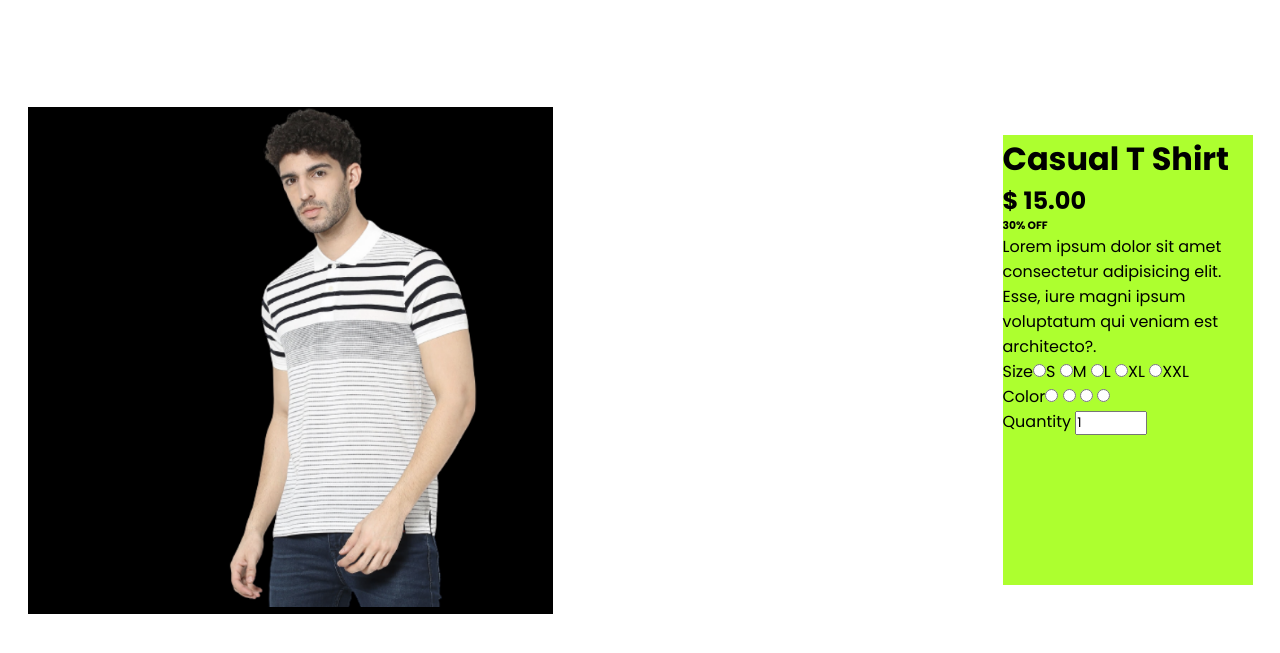
Repository: Ankitkr2021/Product-Page
Page: index.html
These files come from the project's save history. The page is drawn as it stood at one moment and after the next save; the edit follows.
The browser window is 1280 px wide. The pictures show the whole page.

Above is the page before, as saved 2025-10-24 10:25:44.

### index.html
<!DOCTYPE html>
<html lang="en">
<head>
    <meta charset="UTF-8">
    <meta name="viewport" content="width=device-width, initial-scale=1.0">
    <title>Product Page Design</title>
    <link rel="stylesheet" href="./style.css">
</head>
<body>
    <div class="main">
    <div class="left">
    <div class="image1"><img src="./images/image1.png" alt=""></div>
    <div class="image2"></div>
    <div class="image3"></div>
    </div>
    <div class="right">
        <h1>Casual T Shirt</h1>
        <h2>$ 15.00</h2>
        <h6>30% OFF</h6>
        <p>Lorem ipsum dolor sit amet consectetur adipisicing elit. Esse, iure magni ipsum voluptatum qui veniam est architecto?.</p>
       <label>Size<input type="radio" name="size" value="s">S</label>
        <label><input type="radio" name="size" value="m">M</label>
        <label><input type="radio" name="size" value="l">L</label>
        <label><input type="radio" name="size" value="xl">XL</label>
        <label><input type="radio" name="size" value="xxl">XXL</label>

        <div class="color">
        <label>Color<input type="radio" name="color" value="red"></label>
        <label><input type="radio" name="color" value="green"></label>
        <label><input type="radio" name="color" value="blue"></label>
        <label><input type="radio" name="color" value="pink"></label>
        </div>

        <div class="quantity">
            <label>Quantity</label>
             <input type="number" id="qty" name="qty" min="1" max="10" value="1">
        </div>
    </div>
    </div>
</body>
</html>

### style.css
@import url("https://fonts.googleapis.com/css2?family=Poppins:wght@400;700&display=swap");

*{
    margin: 0;
    padding: 0;
    box-sizing: border-box;
    font-family: "Poppins",sans-serif;
}

.main {
    display: flex;
    align-items: center;
    justify-content: center;
    height: 100vh;
    width: 100%;
}

.left {
    background: #000;
    padding-left: 125px;
}

.left img {
    height: 500px;
    width: 400px;
}

.right{
    height: 450px;
    width: 250px;
    margin-left: 450px;
    background: greenyellow;

}

After the next save:
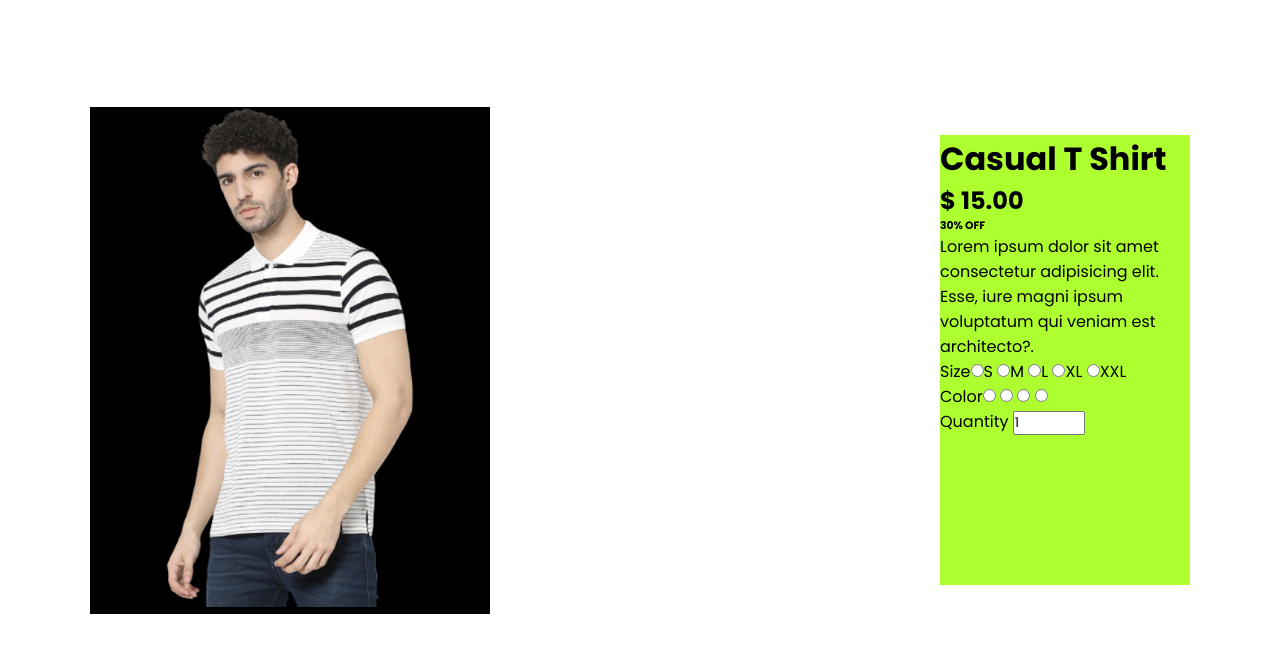
Saved 9 s later.
--- a/style.css
+++ b/style.css
@@ -17,7 +17,7 @@
 
 .left {
     background: #000;
-    padding-left: 125px;
+    /* padding-left: 125px; */
 }
 
 .left img {
